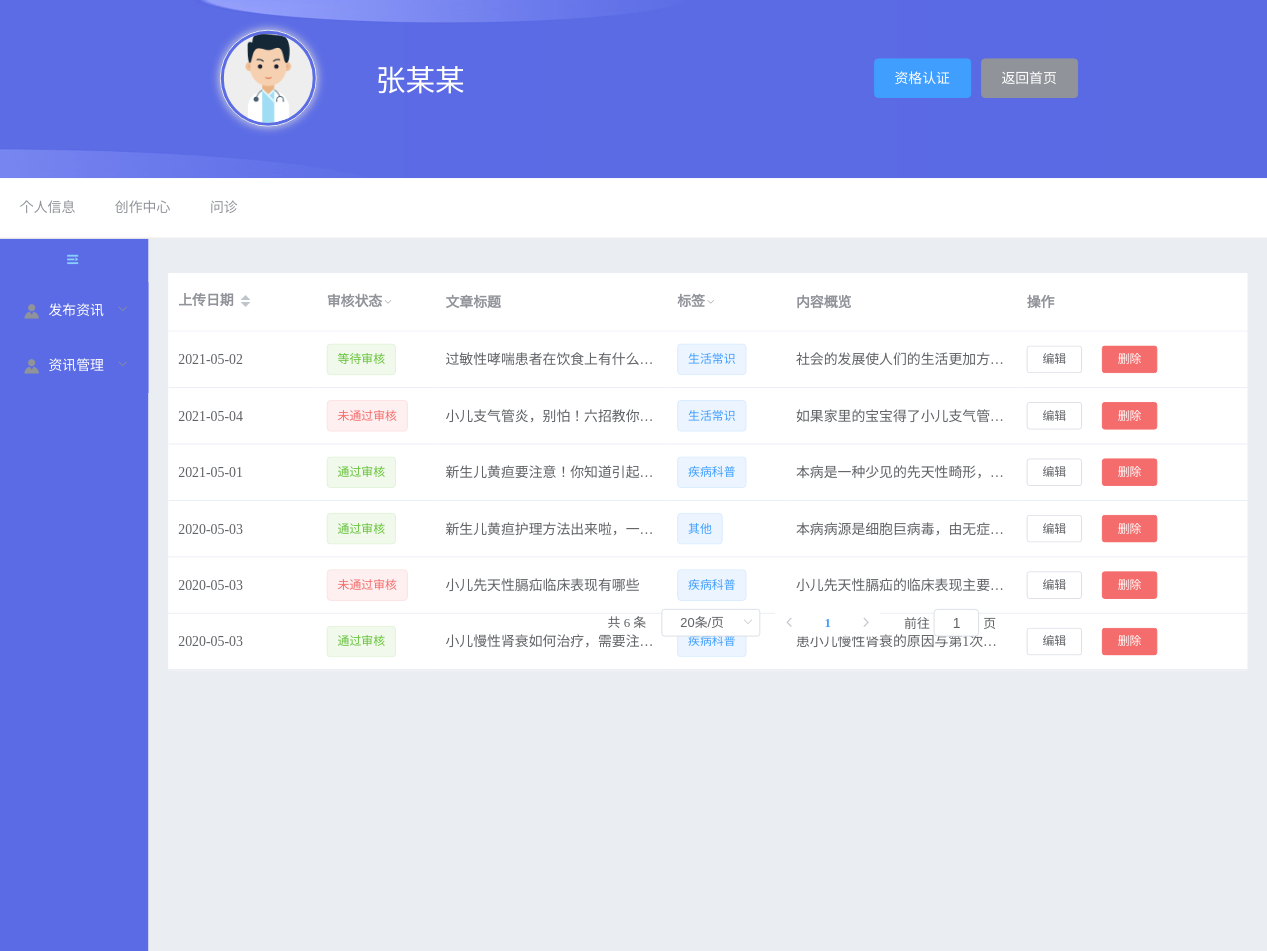
Repository: DiscreteL/SOA_Front
Page: /#/manageArticle
These files come from the project's save history. The page is drawn as it stood at one moment and after the next save; the edit follows.
The browser window is 1280 px wide. The pictures show the whole page, at 99% of full size.
The project was rebuilt for these pictures with package versions that can differ from the ones it lists, and the page was loaded fresh each time. Also part of the build but not shown: vue.config.js, src/components/navigation.vue, src/components/dialog.vue, src/views/news.vue, src/components/announcement.vue, src/components/patientKnow.vue, src/views/Home.vue, src/views/login.vue and 15 more.

Above is the page before, as saved 2021-11-29 16:25:56.

After the next save:
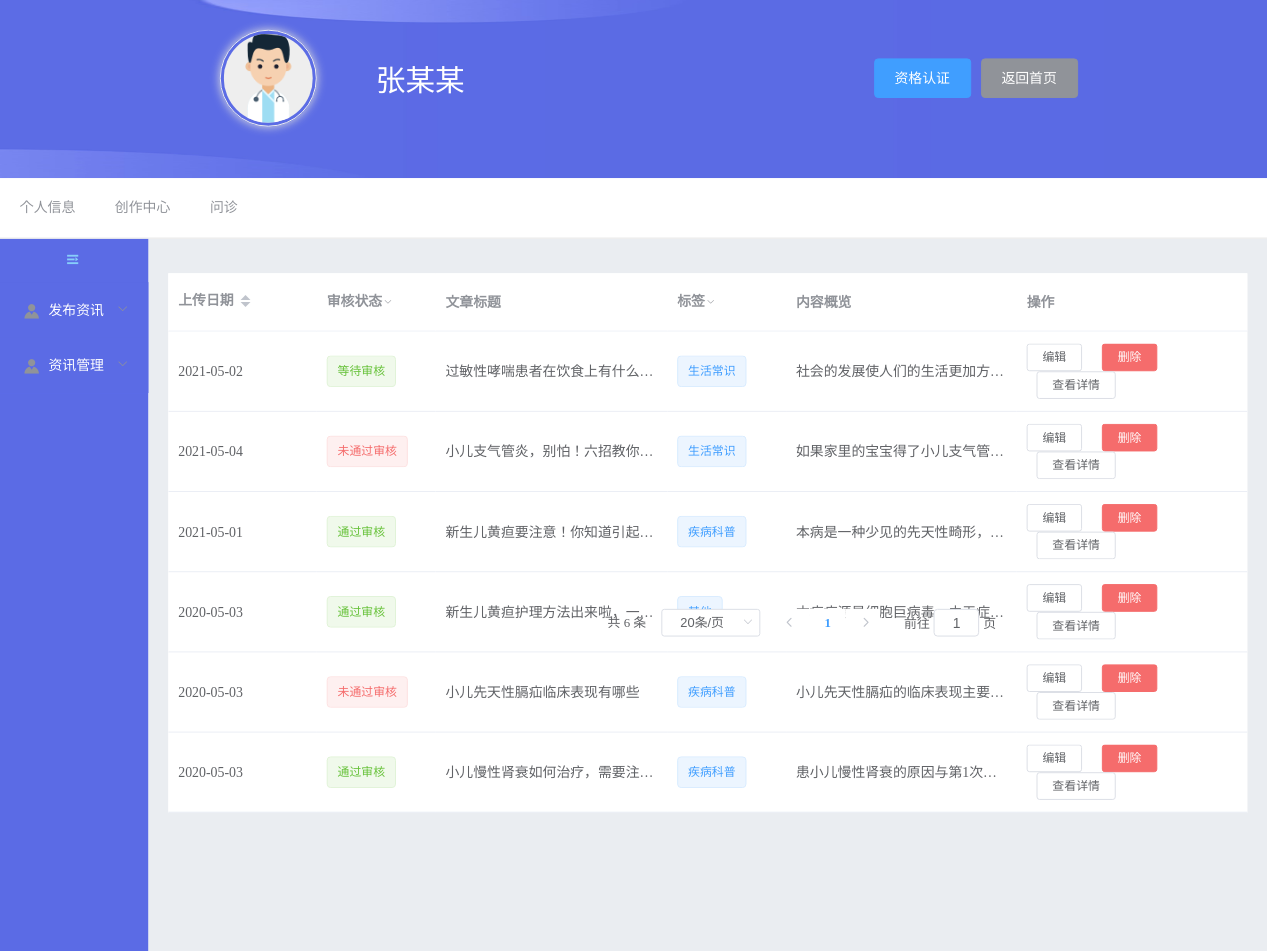
Saved 7 min 59 s later.
--- a/src/views/doctor/message/manageArticle.vue
+++ b/src/views/doctor/message/manageArticle.vue
@@ -105,6 +105,34 @@
             @click="del"
             >删除</el-button
           >
+          <el-button size="mini" @click="dialogTableVisible = true"
+            >查看详情</el-button
+          >
+          <el-dialog :visible.sync="dialogTableVisible">
+            <el-descriptions
+              title="发布内容详情"
+              direction="vertical"
+              :column="4"
+              border
+            >
+              <el-descriptions-item label="上传时间"
+                >2021-05-02</el-descriptions-item
+              >
+              <el-descriptions-item label="标签">
+                <el-tag size="small">生活常识</el-tag>
+              </el-descriptions-item>
+              <el-descriptions-item label="审核状态">
+                <el-tag size="small" type="success">等待审核</el-tag>
+              </el-descriptions-item>
+              <el-descriptions-item label="审核反馈">NULL</el-descriptions-item>
+              <el-descriptions-item label="标题" :span="4"
+                >过敏性哮喘患者在饮食上有什么禁忌</el-descriptions-item
+              >
+              <el-descriptions-item label="内容"
+                >社会的发展使人们的生活更加方便快捷，推动了人民中国质量的提高。但是另一方面也给人类带来了一些危害，社会快速发展的背后就是工业的发展，工业发展必然会带来一些环境污染，环境未来竟然又会影响到人类，所以如何实现人地协调发展是一个非常重要的问题。如果不能实现人地协调发展，就会给人类带来很大的危害。就比如说现在各种疾病的患病率越来越高，和工业污染有一定的关联。今天就给大家介绍一下，过敏性哮喘患者在饮食上有什么样的禁忌。</el-descriptions-item
+              >
+            </el-descriptions>
+          </el-dialog>
         </el-table-column>
       </el-table>
     </div>
